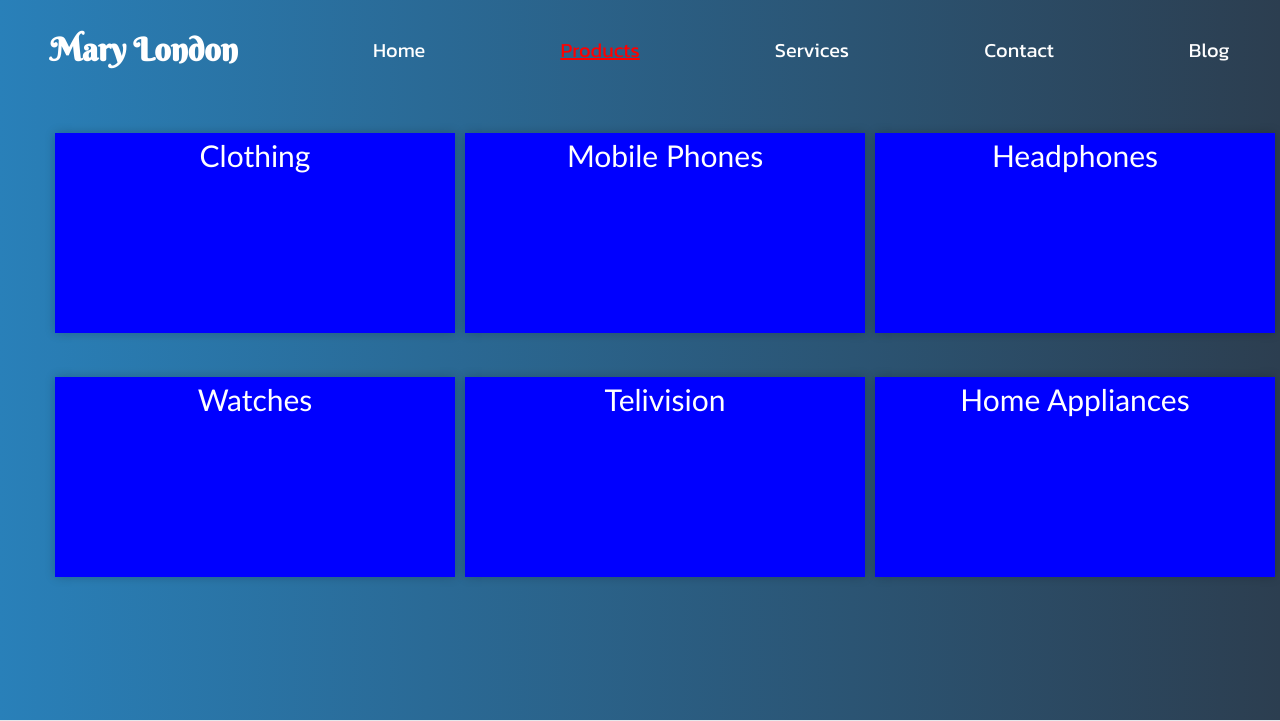
Repository: Habeebur1493/test2
Page: /products
These files come from the project's save history. The page is drawn as it stood at one moment and after the next save; the edit follows.
The browser window is 1280 px wide. The pictures show the whole page.
The project was rebuilt for these pictures with package versions that can differ from the ones it lists, and the page was loaded fresh each time. Also part of the build but not shown: vite.config.js, src/Frontend/Loader/loaderstyle.css, src/Frontend/Firstpage/Home.jsx, src/Frontend/Firstpage/Services.jsx, src/Frontend/Firstpage/Contact.jsx, src/Frontend/Firstpage/Blog.jsx, src/Frontend/Firstpage/ClothingDetails.jsx.

Above is the page before, as saved 2024-12-28 20:50:08.

### index.html
<!doctype html>
<html lang="en">
  <head>
    <meta charset="UTF-8" />
    <meta name="viewport" content="width=device-width, initial-scale=1.0" />
    <link rel="stylesheet" href="https://fonts.googleapis.com/css2?family=Archivo:ital,wght@0,100..900;1,100..900&display=swap">
    <link href='https://unpkg.com/boxicons@2.1.4/css/boxicons.min.css' rel='stylesheet'>
    <title>MaryLondon</title>
  </head>
  <body>


    <div id="root"></div>
    <script type="module" src="/src/main.jsx"></script>
  </body>
</html>

### src/main.jsx
import { createRoot } from "react-dom/client";
import "./index.css";
import App from "./App";
import FrontendContext from "./context/FrontendContext";
import { BrowserRouter } from "react-router-dom";

createRoot(document.getElementById("root")).render(
  <FrontendContext>
    <BrowserRouter>
      <App />
    </BrowserRouter>
  </FrontendContext>
);

### src/App.jsx
import React from "react";
import { Route, Routes } from "react-router-dom";
import Pageloader from "./Frontend/Loader/PageLoader";
import Page1 from "./Frontend/Firstpage/Page1";
import Home from "./Frontend/Firstpage/Home";
import Products from "./Frontend/Firstpage/Products";
import Services from "./Frontend/Firstpage/Services";
import Contact from "./Frontend/Firstpage/Contact";
import Blog from "./Frontend/Firstpage/Blog";
import Nav from "./Frontend/Firstpage/Nav";
import "./App.css";
import "./Frontend/Firstpage/page1.css";
import "./Frontend/Loader/loaderstyle.css";
import ClothingDetails from "./Frontend/Firstpage/ClothingDetails";

const App = () => {
  const banners = [
    "https://s7ap1.scene7.com/is/image/adityabirlafashion/AS_D_HB_285_11_24_WinterRetreat_V1?resMode=sharp2&wid=1600&hei=642",
    "https://m.media-amazon.com/images/S/aplus-media-library-service-media/a79fdedf-c088-4a27-925a-5948d42135e6.__CR0,0,1464,600_PT0_SX1464_V1___.jpg",
    "https://images.hindustantimes.com/tech/img/2021/10/06/1600x900/IMG-20211005-WA0007_1633522371964_1633522436021.jpg",
    "https://www.sony.co.in/content/dam/sony/contents/regional-FSMC/india/common/homepage/primary-tout/2024/cich-bravia/CICH-Banner_D.jpg",
    "https://www.boat-lifestyle.com/cdn/shop/files/480_Desktop_2_1440x.png?v=1733813003",
    "https://graphicsfamily.com/wp-content/uploads/2020/07/Shoes-Advertising-Banner-Design-Template-1536x864.jpg",
  ];

  return (
    <div>
      <Pageloader />
      <Page1 />
      <Nav />
      <Routes>
        <Route path="/" element={<Home banners={banners} />} />
        <Route path="/products" element={<Products />} />
        <Route path="/products/:category" element={<ClothingDetails />} />
        <Route path="/services" element={<Services />} />
        <Route path="/contact" element={<Contact />} />
        <Route path="/blog" element={<Blog />} />
      </Routes>
    </div>
  );
};

export default App;

### src/context/FrontendContext.jsx
import { createContext, useState } from "react";




export const datacontext = createContext(null);

const FrontendContext = (props) => {
  const [data, setData] = useState("");

return (
  <datacontext.Provider value={[data, setData]}>
    {props.children}
  </datacontext.Provider>
);
};

export default FrontendContext;

### src/Frontend/Loader/PageLoader.jsx
import React, { useState, useEffect } from "react";
import { gsap } from "gsap";
import "./loaderstyle.css";





const App = () => {
  const [showScreen, setShowScreen] = useState(true);

  // Helper function to split text into individual letters
  const splitText = (text) =>
    text.split("").map((char, index) => (
      <span key={index} className="letter">
        {char}
      </span>
    ));

  // Part 1: Animation for spinning letters
  useEffect(() => {
    const letters = document.querySelectorAll(".letter");

    const animation = gsap.fromTo(
      letters,
      { rotationY: 0 },
      {
        rotationY: 360,
        duration: 1,
        repeat: -1,
        ease: "power1.inOut",
        stagger: 0.1,
      }
    );

    return () => {
      animation.kill();
    };
  }, []);

  // Part 2: Screen timeout
  useEffect(() => {
    const timer = setTimeout(() => {
      setShowScreen(false);
    }, 3000);

    return () => clearTimeout(timer);
  }, []);

  return (
    <div>
      {showScreen ? (
        <div className="screen">
          <div className="text-container">
            <div className="text">{splitText("Mary")}</div>
            <div className="loader"></div>
            <div className="text">{splitText("London")}</div>
          </div>
        </div>
      ) : (
        <div>

        </div>
      )}
    </div>
  );
};

export default App;

### src/Frontend/Firstpage/Page1.jsx
import React from "react";
import "./page1.css";


const Page1 = () => {
  return (
    <div className="page1">

    </div>
  );
};

export default Page1;

### src/Frontend/Firstpage/Products.jsx
import "./page1.css";
import {  Link, Outlet } from "react-router-dom";


const Products = () => {
  return (
    <div>
      <div className="container">
        <Link to="/products/clothing" className="box1">
          <h1>Clothing</h1>
        </Link>
        <Link className="box2">
          <h1>Mobile Phones</h1>
        </Link>
        <Link className="box3">
          <h1>Headphones</h1>
        </Link>
        <Link className="box4">
          <h1>Watches</h1>
        </Link>
        <Link className="box5">
          <h1>Telivision</h1>
        </Link>
        <Link className="box6">
          <h1>Home Appliances</h1>
        </Link>
      </div>
      <hr />

      <Outlet />
    </div>
  );
};

export default Products;

### src/Frontend/Firstpage/Nav.jsx
import React, { useEffect } from "react";
import { NavLink } from "react-router-dom";
import gsap from "gsap";
import "./page1.css";

const Nav = () => {
  const activeStyle = {
    textDecoration: "underline",
    color: "red",

};

  useEffect(() => {
    const navLinks = document.querySelectorAll("nav a");


    // Animate the navigation links
    gsap.from(navLinks, {
      opacity: 0,
      x: -50,
      duration: 1,
      delay: 4,
      stagger: 0.2, // Adds a delay between each link
    });
  }, []);

  return (
    <nav>
      <h1>Mary London</h1>

      <NavLink to="/" style={({ isActive }) => (isActive ? activeStyle : null)}>
        Home
      </NavLink>
      <NavLink to="/products" style={({ isActive }) => (isActive ? activeStyle : null)}>
        Products
      </NavLink>
      <NavLink to="/services" style={({ isActive }) => (isActive ? activeStyle : null)}>
        Services
      </NavLink>
      <NavLink to="/contact" style={({ isActive }) => (isActive ? activeStyle : null)}>
        Contact
      </NavLink>
      <NavLink to="/blog" style={({ isActive }) => (isActive ? activeStyle : null)}>
        Blog
      </NavLink>
    </nav>
  );
};

export default Nav;

### src/App.css
@import url('https://fonts.googleapis.com/css2?family=Berkshire+Swash&display=swap');



body{
    background-color: #cc9b9b;
}

nav{
    display: flex;
    justify-content: space-between;
    align-items: center;
    padding: 0px 50px;
    background-color: #b9abf700;
    color: #fff;


}
nav ul{
    display: flex;
    list-style: none;
    gap: 10px;
    font-size: 20px;
    padding: 20px;
    font-weight: 600;


}
nav ul li a{
    cursor: pointer;
    text-decoration: none;
    color: #fff;

}


.page1{
    height: 100%;
    width: 100%;

}

.logo{
    display: flex;
    align-items: center;
    margin-top: 20px;
}
.logo img{
    width: 120px;
    height: 120px;
    padding-bottom: 15px;
}

.logo h1{
    font-size: 32px;
    color: black;
    font-weight: 900;
    font-family: Berkshire Swash;
    border-bottom: 5px solid black;
    display: inline-block;
    width: 160px;
    text-align: center;

}

### src/Frontend/Firstpage/page1.css
@import url('https://fonts.googleapis.com/css2?family=Berkshire+Swash&display=swap');
@import url('https://fonts.googleapis.com/css2?family=Kanit:ital,wght@0,100;0,200;0,300;0,400;0,500;0,600;0,700;0,800;0,900;1,100;1,200;1,300;1,400;1,500;1,600;1,700;1,800;1,900&display=swap');



body{
  font-family: "Kanit", serif;
  background-image: linear-gradient(to right, #2980b9,#2c3e50);
}


nav{
    display: flex;
    justify-content: space-evenly;
    align-items: center;
    gap: 10px;
    height: 100px;
    width: 100%;
    font-family: "Kanit", serif;
    position: fixed;
    z-index: 1;
    font-size: 20px;
    color: #fff;
}


.page1{
    height: 100%;
    width: 100%;

}
nav h1{
    font-size: 32px;
    color: #fff;
    font-weight: 900;
    font-family: Berkshire Swash;
    text-align: center;
}

.slider-container {
    position: relative;
    width: 80%;
    height: 600px;
    overflow: hidden;
    margin: 0 auto;
    padding-top: 150px;
}

  .slider-wrapper {
    width: 100%;
    height: 100%;
  }

  .slider-content {
    display: flex;
    transition: transform 0.5s ease-in-out;
    height: 100%;
  }

  .slide {
    width: 100%;
    height: 100%;
    flex-shrink: 0;
  }

  .prev-button,
  .next-button {
    position: absolute;
    top: 60%;
    transform: translateY(-50%);
    background: rgba(238, 236, 236, 0.5);
    color: white;
    border: none;
    padding: 10px 15px;
    cursor: pointer;
    z-index: 1000;
    border-radius: 50%;
}

  .prev-button {
    left: 10px;
  }

  .next-button {
    right: 10px;
  }

  .dots {
    position: absolute;
    bottom: 15px;
    left: 50%;
    transform: translateX(-50%);
    display: flex;
    gap: 5px;
  }

  .dot {
    width: 10px;
    height: 10px;
    background: white;
    border-radius: 50%;
    cursor: pointer;
  }

  .dot.active {
    background: black;
  }


  .container{
    grid-template-rows: 2fr 1fr 1fr;
    grid-template-columns: 1fr 1fr 1fr;
    display: grid;
    justify-items: center;
    align-items: center;
    height: 100vh;
    width: 100%;
    z-index: 1;
    padding-top: 90px;
    padding-left: 50px;

  }

  .container .box1{
    background-color: blue;
    height: 200px;
    width: 400px;
    box-shadow: 0 0 10px rgba(0, 0, 0, 0.2);
    transition: transform 0.3s ease-in-out;
    cursor: pointer;
  }
  .container .box2{
    background-color: blue;
    height: 200px;
    width: 400px;
    box-shadow: 0 0 10px rgba(0, 0, 0, 0.2);
    transition: transform 0.3s ease-in-out;
    cursor: pointer;
  }
  .container .box3{
    background-color: blue;
    height: 200px;
    width: 400px;
    box-shadow: 0 0 10px rgba(0, 0, 0, 0.2);
    transition: transform 0.3s ease-in-out;
    cursor: pointer;
  }
 .container .box4{
    background-color: blue;
    height: 200px;
    width: 400px;
    box-shadow: 0 0 10px rgba(0, 0, 0, 0.2);
    transition: transform 0.3s ease-in-out;
    cursor: pointer;
  }
  .container .box5{
    background-color: blue;
    height: 200px;
    width: 400px;
    box-shadow: 0 0 10px rgba(0, 0, 0, 0.2);
    transition: transform 0.3s ease-in-out;
    cursor: pointer;
  }
  .container .box6{
    background-color: blue;
    height: 200px;
    width: 400px;
    box-shadow: 0 0 10px rgba(0, 0, 0, 0.2);
    transition: transform 0.3s ease-in-out;
    cursor: pointer;


}

  .container .box1:hover{
    transform: scale(1.1);
  }
  .container .box2:hover{
    transform: scale(1.1);
  }
  .container .box3:hover{
    transform: scale(1.1);
  }
  .container .box4:hover{
    transform: scale(1.1);
  }
  .container .box5:hover{
    transform: scale(1.1);
  }
  .container .box6:hover{
    transform: scale(1.1);
  }


  .container h1{
    text-align: center;
    color: #fff;
    font-family: 'Gill Sans', 'Gill Sans MT', Calibri, 'Trebuchet MS', sans-serif;
    font-size: 30px;
  }


  .ClothingDetails{
    height: 100vh;
    width: 100%;
    background-color: #eb8282;
  }


  .container1{
  display: flex;
  justify-content: space-evenly;
  align-items: center;
  height: 100vh;
  width: 100%;
}

  .column1{
    height: 300px;
    width: 400px;
    background-color: #29b93f;
  }

  .column2{
    height: 300px;
    width: 400px;
    background-color: #1e79d3;
  }

Loaded but not shown: src/index.css (common file); tailwind.config.js (common file)

After the next save:
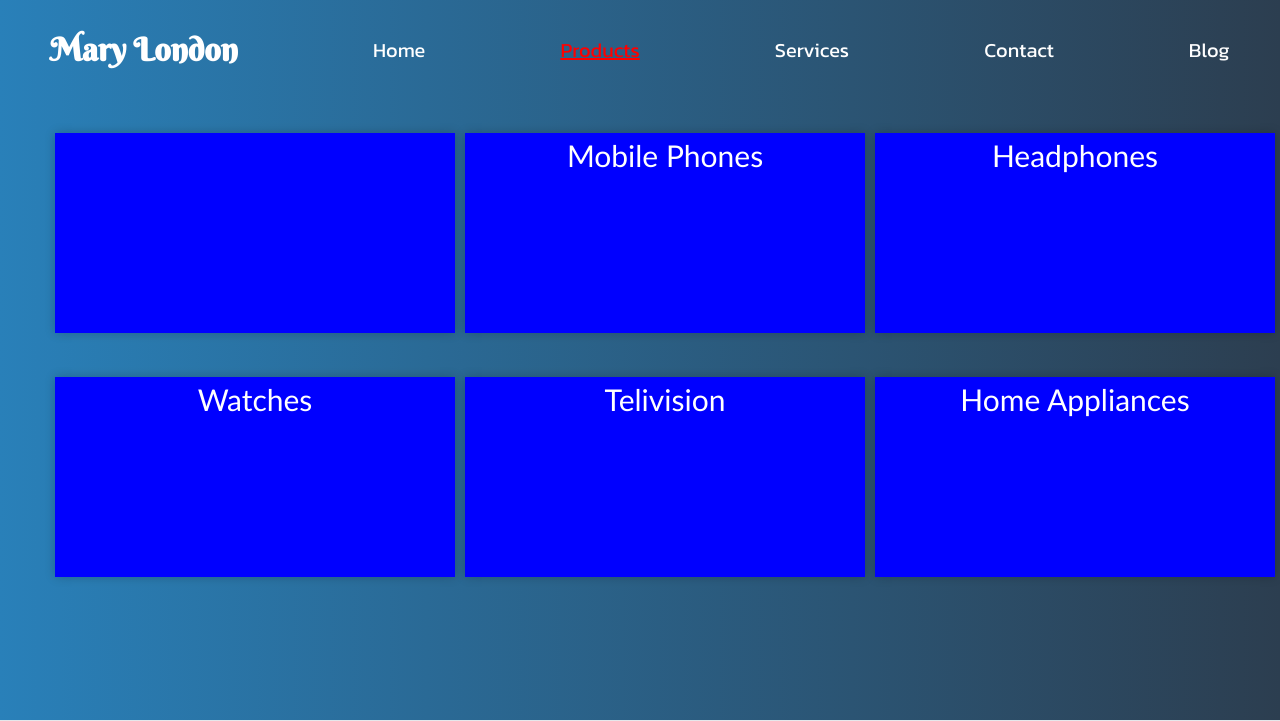
Saved 101 s later.
--- a/src/Frontend/Firstpage/Products.jsx
+++ b/src/Frontend/Firstpage/Products.jsx
@@ -7,7 +7,7 @@ const Products = () => {
     <div>
       <div className="container">
         <Link to="/products/clothing" className="box1">
-          <h1>Clothing</h1>
+
         </Link>
         <Link className="box2">
           <h1>Mobile Phones</h1>
